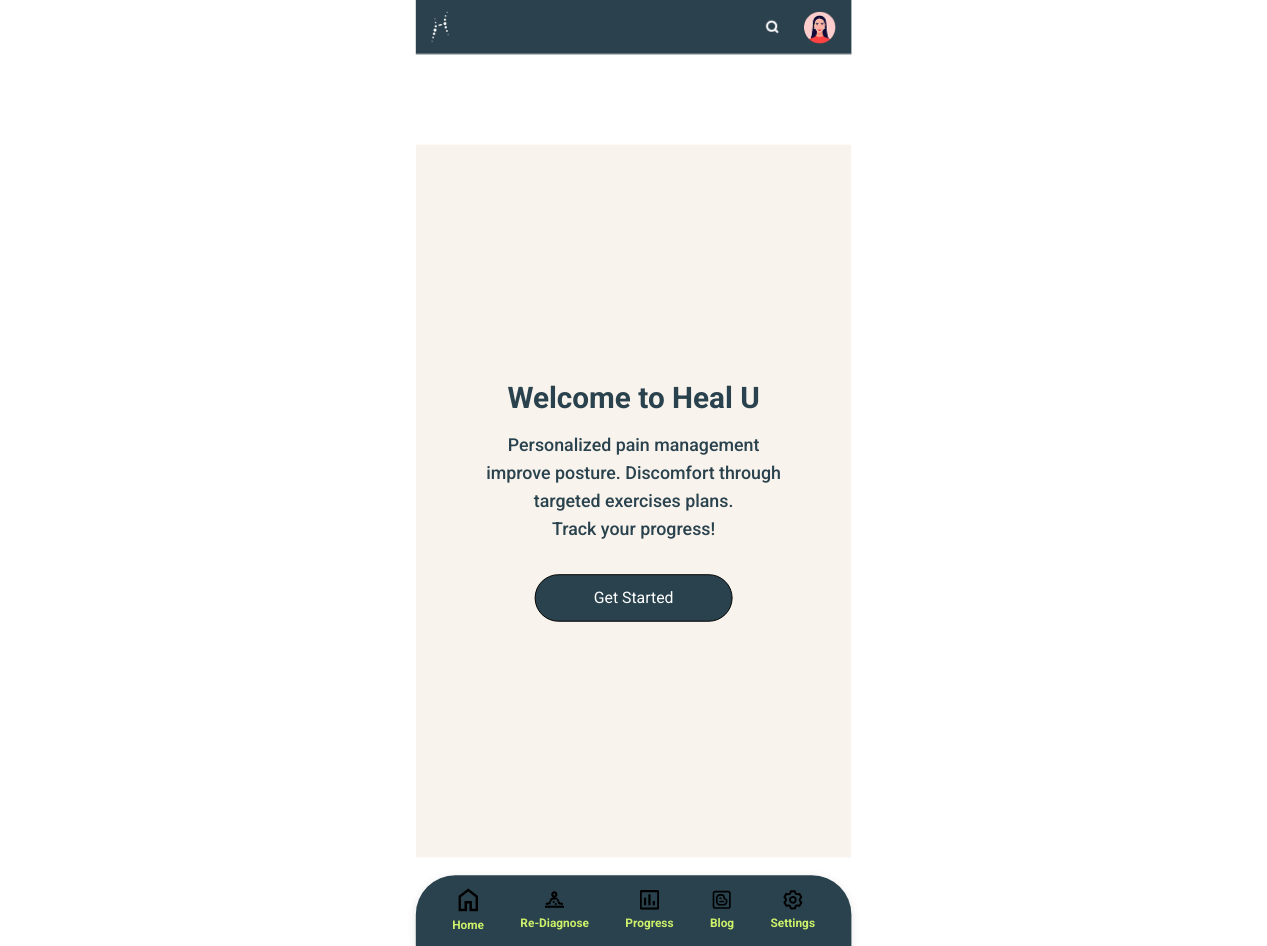
Repository: patcha-d3/heal_u
Page: /
The author's editor kept a copy of each file at every save. The page is drawn from the files as they stood at one save, then again after the next save.
The browser window is 1280 px wide. The pictures show the whole page, at 99% of full size.
The project was rebuilt for these pictures with package versions that can differ from the ones it lists, and the page was loaded fresh each time. The framework's server and built-in components were replaced by stand-ins that run in the browser. Also part of the build but not shown: next.config.js, next.config.mjs.

Above is the page before, as saved 2025-05-16 19:37:08.

After the next save:
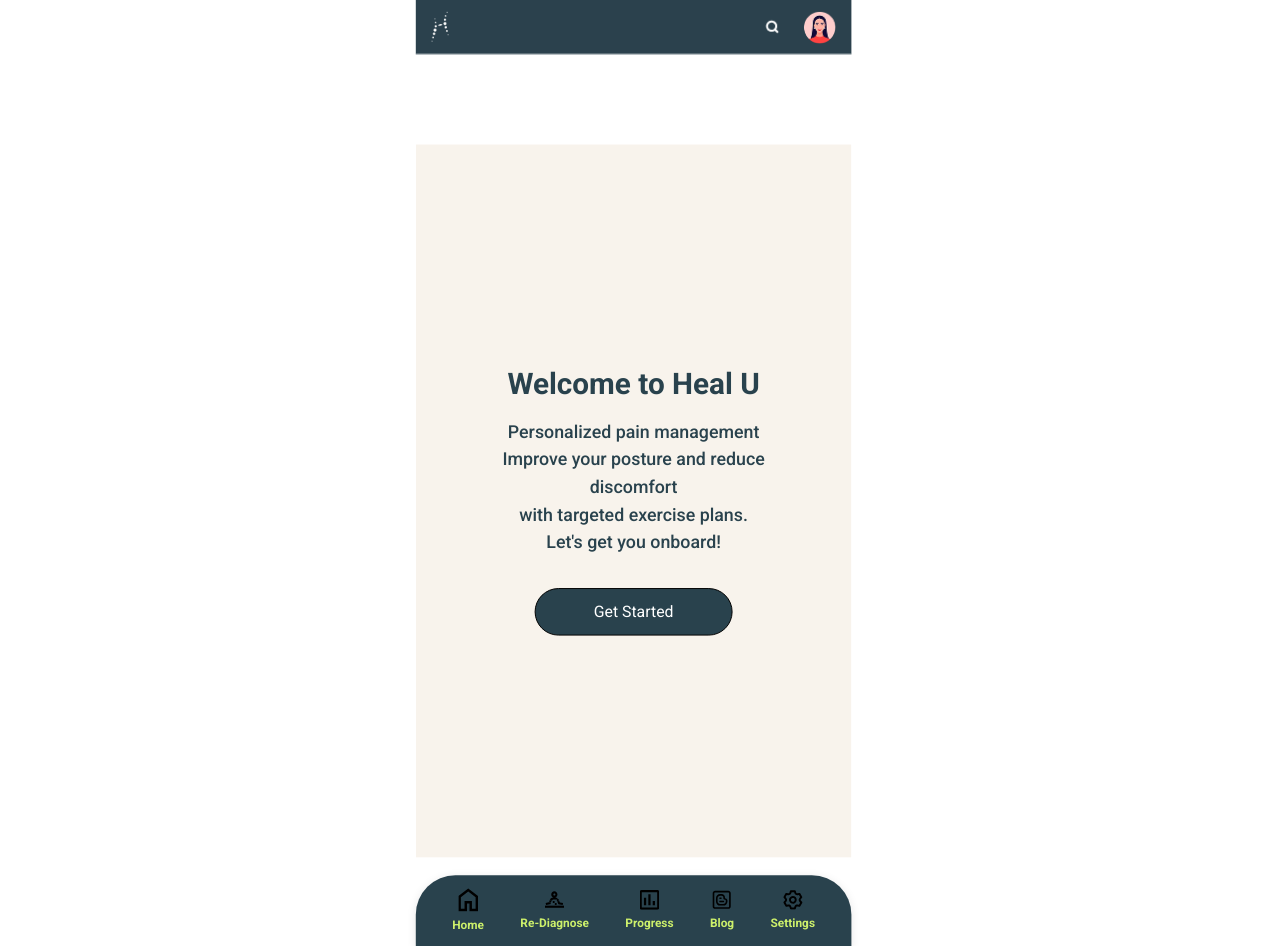
Saved 54 s later.
--- a/app/page.js
+++ b/app/page.js
@@ -13,10 +13,11 @@ export default function LandingPage() {
 			<p className='text-center text-[#29424D] text-lg font-medium mb-8 max-w-xs'>
 				Personalized pain management
 				<br />
-				improve posture. Discomfort through <br />
-				targeted exercises plans.
+				Improve your posture and reduce discomfort
 				<br />
-				Track your progress!
+				with targeted exercise plans.
+				<br />
+				Let's get you onboard!
 			</p>
 			<Button
 				text='Get Started'
